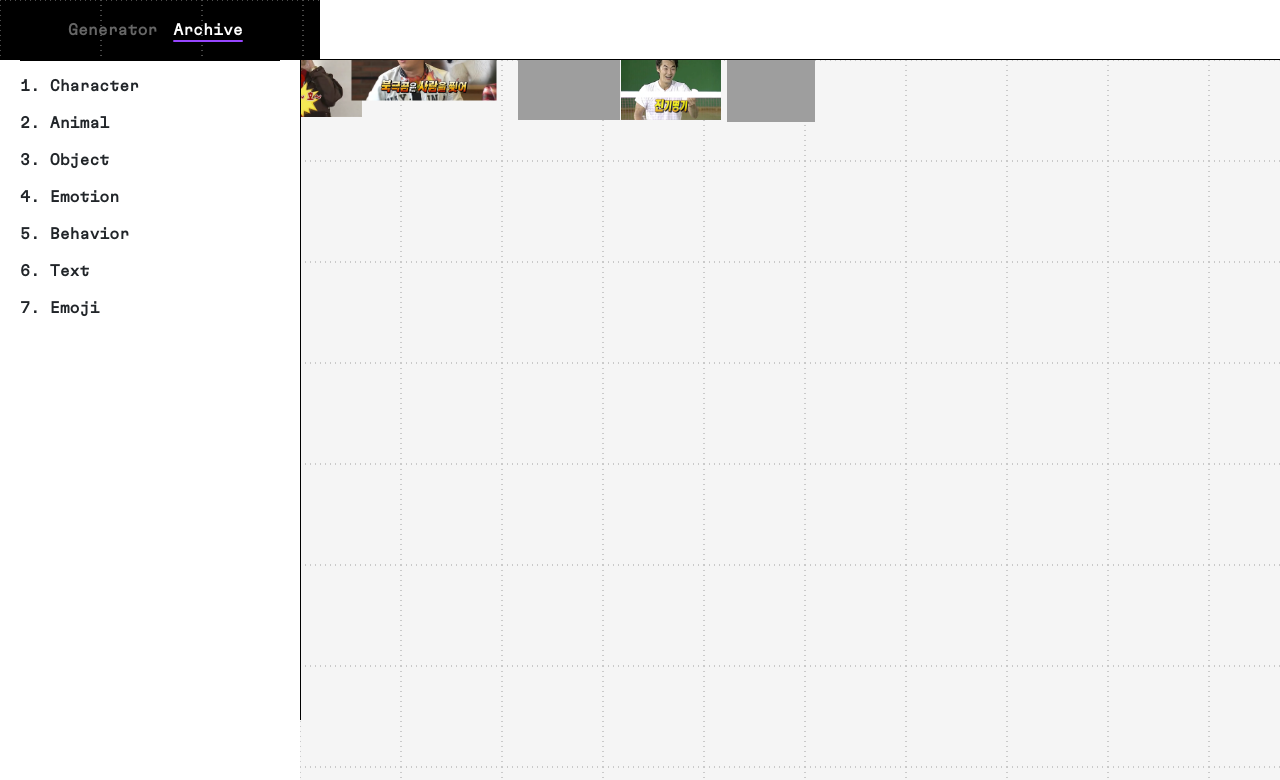
Repository: CastleBelll/project2
Page: /archive (app in job_app/)
An editor plug-in stored every save of this project. The page is shown before and after the next save, followed by the edit.
The browser window is 1280 px wide. The pictures show the whole page.
Pictures or frames that could not be fetched are drawn as grey boxes. The project was rebuilt for these pictures with package versions that can differ from the ones it lists, and the page was loaded fresh each time. Also part of the build but not shown: job_app/src/Generator/Generator.js.

Above is the page before, as saved 2024-12-15 08:40:47.

### job_app/src/App.js
import React from 'react';
import { BrowserRouter as Router, Routes, Route, Navigate, Link, useLocation } from 'react-router-dom';
import { Container, Navbar, Nav } from 'react-bootstrap';
import { BsSearch } from 'react-icons/bs'; // 검색 아이콘 가져오기
import './App.css';
import Archive from './Archive/Archive';
import Generator from './Generator/Generator';
import 'bootstrap/dist/css/bootstrap.min.css';
import './styles/fonts.css';

function Navigation() {
  const location = useLocation(); // 현재 경로를 가져오기

  return (
    <Navbar expand="lg" bg="black" data-bs-theme="dark">
        <Navbar.Collapse id="navbarNav">
          <Nav className="nav-links">
            <Nav.Item>
              <Nav.Link
                as={Link}
                to="/generator"
                className={`nav-link ${location.pathname === '/generator' ? 'active' : ''}`}
              >
                Generator
              </Nav.Link>
            </Nav.Item>
            <Nav.Item>
              <Nav.Link
                as={Link}
                to="/archive"
                className={`nav-link ${location.pathname === '/archive' ? 'active' : ''}`}
              >
                Archive
              </Nav.Link>
            </Nav.Item>
          </Nav>
        </Navbar.Collapse>
        <div className="search-icon">
          <BsSearch />
        </div>
    </Navbar>
  );
}

function App() {
  return (
    <Router>
      <div className="app-container">
        <Navigation /> {/* 네비게이션 컴포넌트 사용 */}
        <Container className="content">
          <Routes>
            {/* 기본 경로로 이동 시 /generator로 리디렉션 */}
            <Route path="/" element={<Navigate to="/generator" />} />
            <Route path="/archive" element={<Archive />} />
            <Route path="/generator" element={<Generator />} />
          </Routes>
        </Container>
      </div>
    </Router>
  );
}

export default App;

### job_app/src/App.css
/* 글로벌 스타일 */
body {
  font-family: 'CustomEnglishFont', sans-serif !important;;
  overflow: hidden;
}

/* 한글 전용 스타일 */
body:lang(ko) {
  font-family: 'CustomKoreanFont', sans-serif !important;;
}
/* 전체 앱 컨테이너 */
.app-container {
  display: flex;
  flex-direction: column;
  height: 100vh;
  max-width: 100%;
  max-height: 100%;
  overflow: hidden;
  background-color: #242424; /* 기본 배경색을 #242424로 변경 */
}

/* 네비게이션 바 */
.navbar {
  position: fixed;
  top: 0;
  left: 0;
  width: 100%;
  height: 60px;
  display: flex;
  z-index: 1000; /* 네비게이션 바가 다른 요소 위에 오도록 설정 */
  background-image: url('./background_square.png'); /* Generator 활성화 시 배경 이미지 */
  background-repeat: repeat; /* 가로 및 세로로 반복 */
  background-color: #242424; /* 기본 배경색도 유지 */}

/* Generator 활성화 시 배경 이미지 적용 */
body.generator-active .navbar {
  background-image: url('./background_square.png'); /* Generator 활성화 시 배경 이미지 */
  background-repeat: repeat; /* 가로 및 세로로 반복 */
  background-color: #242424; /* 기본 배경색도 유지 */
}

/* Archive 활성화 시 배경 이미지 제거 */
body.archive-active .navbar {
  background-image: none; /* Archive 활성화 시 배경 이미지 제거 */
  background-color: #ffffff; /* 배경색을 흰색으로 설정 */
}

/* 네비게이션 링크 스타일 */
.nav-links {
  display: flex;
  list-style: none;
  padding: 0;
  margin-left : 60px;
  justify-content: space-between; /* 링크를 양쪽 끝에 배치 */
}

.nav-links a {
  text-decoration: none;
  color: #666666; /* 기본 색상은 회색 */
  font-size : 16px !important;
  font-weight: bold;
  transition: color 0.3s ease, border-bottom 0.3s ease; /* 부드러운 색상 전환 및 밑줄 전환 */
}

.nav-links a:hover,
.nav-links .active {
  color: #ffffff !important; /* 선택 및 활성화 상태에서도 글씨 색상을 흰색으로 고정 */
  text-decoration: underline; /* 밑줄 추가 */
  text-decoration-color: #9746ff; /* 밑줄 색상 보라색으로 설정 */
  text-underline-offset: 5px; /* 밑줄과 글자 사이 간격 조정 */
  text-decoration-thickness: 2px; /* 밑줄 두께를 2px로 설정 */
  z-index: 4000; /* z-index로 navbar 아래로 위치하도록 설정 */
}

/* 콘텐츠 영역 */
.content {
  position: absolute; /* content를 absolute로 설정하여 navbar와 겹치게 함 */
  width:100%;
  height:100%;
  margin:0;
  padding:0;
  background-color: #242424; /* 콘텐츠 배경색 변경 */
}

.content.container{
  margin : 0;
  padding:0;
}

/* 검색 아이콘 스타일 */
.search-icon {
  font-size: 22px;
  margin-right: 85px;
  color: #ffffff; /* 아이콘 색상 흰색 */
  cursor: pointer;
}

@media (min-width: 768px) {
  .container,
  .container-md,
  .container-sm {
    max-width: none !important;
  }
}

/* Generator 활성화 시 배경색 */
body.generator-active .app-container,
body.generator-active .navbar,
body.generator-active .content {
  background-color: #242424; /* Generator가 활성화된 경우 배경색을 통일 */
}

/* Archive 활성화 시 흰색 테마 */
body.archive-active .app-container,
body.archive-active .navbar,
body.archive-active .content {
  background-color: #ffffff; /* 배경을 흰색으로 변경 */
}

body.archive-active .nav-links a {
  color: #333333 !important; /* 링크 색상을 어두운 회색으로 변경 */
}

body.archive-active .nav-links a:hover,
body.archive-active .nav-links .active {
  color: #000000 !important; /* 링크 색상을 검은색으로 변경 */
  text-decoration-color: #2DFF2D; /* 밑줄 색상을 검은색으로 설정 */
}

### job_app/src/Archive/Archive.js
import React, { useState, useEffect } from 'react';
import ArchiveMain from './ArchiveMain';
import ArchiveLeft from './ArchiveLeft';
import ArchiveHeader from './ArchiveHeader';
import './Archive.css';

const Archive = () => {
  const [selectedItems, setSelectedItems] = useState([]); // 선택된 하위 항목들 저장
  const [data, setData] = useState([]); // JSON 데이터를 저장할 상태

  // JSON 파일을 fetch로 불러오는 useEffect
  useEffect(() => {
    fetch('/json/images.json') // public 폴더에서 JSON 파일을 불러옴
      .then((response) => response.json())
      .then((jsonData) => setData(jsonData)) // 데이터가 로드되면 상태에 저장
      .catch((error) => console.error('Error fetching the JSON file:', error));
  }, []); // 컴포넌트가 처음 마운트될 때만 실행

  const handleSubItemClick = (item) => {
    setSelectedItems((prevSelectedItems) => {
      if (!prevSelectedItems.includes(item)) {
        return [...prevSelectedItems, item];
      }
      return prevSelectedItems.filter((selectedItem) => selectedItem !== item);
    });
  };

  return (
    <div className="archive-container">
      {/* Left sidebar */}
      <ArchiveLeft data={data} onSubItemClick={handleSubItemClick} className="left-sidebar" />

      {/* Right container */}
      <div className="right-container">
        {/* Header */}
        <ArchiveHeader selectedItems={selectedItems} className="header" />

        {/* Main content */}
        {/* Main content */}
        <div className="main-area-container" style={{ flex: 1, position: 'relative' }}>
          <ArchiveMain className="main-area" />
        </div>
        </div>
    </div>
  );
};

export default Archive;

### job_app/src/styles/fonts.css
@font-face {
    font-family: 'CustomEnglishFont';
    src: url('../fonts/GT-Flexa-Mono-Light-Trial.otf') format('opentype');
    font-weight: normal;
    font-style: normal;
  }

  @font-face {
    font-family: 'CustomKoreanFont';
    src: url('../fonts/FlightSansOTF-Regular.otf') format('opentype');
    font-weight: normal;
    font-style: normal;
  }

### job_app/src/Archive/ArchiveMain.js
import React, { useEffect, useRef } from "react";
import "./ArchiveMain.css";

const ArchiveMain = () => {
  const containerRef = useRef(null);

  useEffect(() => {
    const container = containerRef.current;
    const numImages = 5; // 배치할 이미지 개수
    const images = [];

    for (let i = 1; i <= numImages; i++) {
      const img = document.createElement("img");
      img.src = `/images/${i}.png`; // public/images 폴더 내 1.png, 2.png 등의 파일
      img.alt = `Image ${i}`;
      img.className = "archive-image";
      img.style.objectFit = "contain"; // 비율 유지

      // 랜덤 위치 지정 (부모 크기 기준)
      const randomX = Math.random() * 100; // 0% ~ 100%
      const randomY = Math.random() * 100; // 0% ~ 100%

      // 랜덤 크기 지정 (50px ~ 150px)
      const randomSize = Math.floor(Math.random() * 100) + 50;
      img.style.width = `${randomSize}px`;
      img.style.height = `${randomSize}px`;

      // 위치 설정
      img.style.top = `${randomY}%`;
      img.style.left = `${randomX}%`;

      // 중앙에서 벗어난 보정 (이미지 크기 반영)
      img.style.transform = `translate(-${randomSize / 2}px, -${randomSize / 2}px)`;

      images.push(img);
      container.appendChild(img);
    }

    return () => {
      // 컴포넌트 언마운트 시 이미지 제거
      images.forEach(img => container.removeChild(img));
    };
  }, []);

  return <div ref={containerRef} className="archive-main"></div>;
};

export default ArchiveMain;

### job_app/src/Archive/ArchiveHeader.js
import React, { useRef, useState } from 'react';
import { CSSTransition, TransitionGroup } from 'react-transition-group';
import './ArchiveHeader.css'; // CSS 파일을 import

function ArchiveHeader({ selectedItems }) {
  const containerRef = useRef(null);
  const [isDragging, setIsDragging] = useState(false);
  const [startX, setStartX] = useState(0);
  const [scrollLeft, setScrollLeft] = useState(0);

  const handleMouseDown = (e) => {
    e.preventDefault(); // 기본 드래그 동작 방지
    setIsDragging(true);
    setStartX(e.clientX);
    setScrollLeft(containerRef.current.scrollLeft);
    containerRef.current.style.cursor = 'grabbing';
  };

  const handleMouseMove = (e) => {
    if (!isDragging) return;
    const distance = e.clientX - startX;
    containerRef.current.scrollLeft = scrollLeft - distance;
  };

  const handleMouseUp = () => {
    setIsDragging(false);
    containerRef.current.style.cursor = 'grab';
  };

  return (
    <div
      className="archive-header overflow-auto" // Bootstrap 클래스 추가
      ref={containerRef}
      onMouseDown={handleMouseDown}
      onMouseMove={handleMouseMove}
      onMouseUp={handleMouseUp}
      onMouseLeave={handleMouseUp} // 마우스가 컨테이너 밖으로 나갔을 때 드래그 종료
    >
      <TransitionGroup className="selected-items-container">
        {selectedItems.map((item, index) => (
          <CSSTransition
            key={item} // 고유한 키 값
            timeout={500} // 애니메이션 지속 시간
            classNames="item"
            unmountOnExit
          >
            <div className="selected-item">
              {item}
            </div>
          </CSSTransition>
        ))}
      </TransitionGroup>
      {/* selectedItems가 비어있지 않으면 검색 버튼을 보여줌 */}
      {selectedItems.length > 0 && (
        <div className="search-button">
          검색
        </div>
      )}
    </div>
  );
}

export default ArchiveHeader;

### job_app/src/Archive/Archive.css
/* Ensures the container takes up the full height of the viewport */
.archive-container {
  display: flex;
  height: 100vh;
}

/* Left sidebar styling */
.left-sidebar {
  flex: 1; /* 왼쪽 사이드바는 1배수 */
  padding-left: 20px;
  padding-top: 84px;
  background-color: #f0f0f0; /* Light background for sidebar */
  border-right: solid 1px black; /* 테두리 색상을 명시적으로 설정 */
}

/* Right container styling */
.right-container {
  flex: 3; /* 오른쪽 컨테이너는 3배수 */
  display: flex;
  flex-direction: column; /* Stacks children vertically */
}

/* Header styling */
.header {
  height: 15%; /* Adjust height as needed */
  background-color: #333; /* Dark background for header */
  color: white;
  display: flex;
  align-items: center;
  justify-content: center;
  padding: 1rem;
  box-sizing: border-box;
}

/* Main area styling */
.main-area {
  flex: 1; /* Takes up the remaining vertical space */
  background-color: #fff; /* White background for main content */
  overflow: auto; /* Scrollable if content exceeds container height */
  padding: 1rem;
  box-sizing: border-box;
}

### job_app/src/Generator/Generator.css
.Generator {
  position: relative;
  width: 100%;
  height: 100%;
  background-color: #242424;
  overflow: hidden;
  background-image: url('../background_square.png');
  background-repeat: repeat;
}

.event-arial {
  position: absolute;
  pointer-events: none;
  top: 80px;
  width: 80%;
  left: 10%;
  max-width: 80%;  /* 기본적으로 80%로 설정 */
  min-height: 20%;
  display: flex;
  justify-content: center;
  align-items: center;
  font-size: 16px;
  color: #666666;
  border: 1px solid #666666;
  background-color: transparent;
  transition: width 0.5s ease; /* 너비 변화만 부드럽게 */
}

.event-arial.shrink {
  width: calc(100% - 45%); /* generator-arial이 30%일 때 event-arial은 나머지 70% */
}

.main-container {
  width: 100%;
  min-height: 100%;
  display: flex;
  flex-direction: row; /* 좌우로 배치 */
}

.left-container {
  flex: 1;
  min-width: 13%;
}

.right-container {
  flex: 1;
  min-width: 13%;
}

.content-container {
  flex: 1;
  min-width: 74%;
  min-height: 100%;
  display: flex;
  flex-direction: column; /* 세로 방향으로 배치 */
  overflow: hidden;
}

.generator-arial {
  position: absolute;
  top: 80px;
  right: 0;
  display: flex;
  flex-direction: column; /* 세로 방향으로 배치 */
  background-color: white;
  min-width: 40px;
  height: 60%; /* 높이를 고정 */
  transform-origin: right;
  transition: width 0.5s ease; /* 너비 변화만 부드럽게 */
}

.generator-arial.open {
  width: 28%; /* open 상태에서의 width */
  max-height: 100%;
}

.generator-arial.not-open {
  width: 40px; /* not-open 상태에서의 width */
}

.circle {
  position: absolute;
  left: -100px;
  width: 50px; /* 원 크기 */
  height: 50px;
  border-radius: 50%; /* 원형으로 만들기 */
  background-color: white; /* 흰색 배경 */
  z-index: 10; /* 다른 요소들 위에 겹치도록 설정 */
  display: none; /* 기본적으로 숨기기 */
  justify-content: center; /* 가로 중앙 정렬 */
  align-items: center; /* 세로 중앙 정렬 */
}

.circle img {
    position: absolute;
    top: 50%; /* 세로 중앙 */
    left: 50%; /* 가로 중앙 */
    transform: translate(-50%, -50%); /* 정확하게 중앙 정렬 */
}

.generator-arial.open .circle {
  display: block; /* isOpen 상태일 때 원을 보이도록 설정 */
}

/* 이미지 컨테이너 */
.image-container {
  flex: 1;
  display: flex;
  flex-wrap: wrap;
  justify-content: center; /* 중앙 정렬 */
  align-items: center;
  margin-top: 50px;
  margin-bottom: 20px;
  min-width: 100%;
  height:auto;
  opacity: 0; /* 초기 상태에서 투명하게 설정 */
  animation: fadeIn 1s forwards; /* 천천히 나타나는 애니메이션 */
}

.image-container img {
  max-width: 100%; /* 이미지 크기를 부모 크기에 맞게 자동 조정 */
  height: auto;
  object-fit: contain; /* 이미지 비율 유지하며 공간에 맞게 조정 */
  max-height: 285px; /* 이미지 크기를 더 작게 제한 */
  min-height: 285px;
  margin: 5px;
  animation: fadeIn 1.5s forwards; /* 이미지보다 조금 더 긴 시간에 천천히 나타나게 */
}

/* 텍스트 컨테이너 */
.text-container {
  flex: 1;
  display: flex;
  flex-direction: column; /* 세로로 배치 */
  padding: 10px;
  overflow-y: auto;
  opacity: 0; /* 초기 상태에서 투명하게 설정 */
  animation: fadeIn 1.5s forwards; /* 이미지보다 조금 더 긴 시간에 천천히 나타나게 */
}

/* 각 텍스트 항목 */
.text-item {
  margin-bottom: 30px; /* 항목 간 간격 */
  opacity: 0; /* 초기 상태에서 투명하게 설정 */
  overflow: hidden;
  max-height: 100%;
  animation: fadeInItem 2s forwards; /* 항목이 하나씩 천천히 나타나도록 설정 */
  animation-delay: 0.5s; /* 약간의 지연을 주어 항목들이 순차적으로 나타나게 */
}

.title-container,
.category-container {
  text-align: center; /* 텍스트 가운데 정렬 */
  padding: 0;
  overflow: hidden;
}

.title-container {
  flex: 1;
  margin-bottom: 10px;
}

.category-container {
  flex: 1;
  display: flex;
  justify-content: center; /* 항목들을 수평 중앙 정렬 */
  gap: 10px; /* 항목 간 간격 */
  overflow: hidden;
  max-height: 100%;
  flex-wrap: wrap; /* 필요시 줄 바꿈 */
}

.title {
  font-size: 28px;
  font-weight: bold;
  margin-bottom: 5px;
}

.category-item {
  font-size: 16px;
  background-color: #f5f5f5;
  border-radius: 30px;
  padding: 4px 8px;
}

/* 애니메이션 정의 */
@keyframes fadeIn {
  to {
    opacity: 1; /* 최종적으로 불투명하게 */
  }
}

@keyframes fadeInItem {
  to {
    opacity: 1; /* 항목도 최종적으로 불투명하게 */
  }
}

### job_app/src/Archive/ArchiveMain.css
.archive-main {
  position: relative;
  width: 100%;
  height: 100vh; /* 화면 전체 높이 */
  background-color: #f5f5f5; /* 배경색 */
  background-image: url('../background_square2.png'); /* Generator 활성화 시 배경 이미지 */
  background-repeat: repeat; /* 가로 및 세로로 반복 */
  overflow: hidden; /* 넘치는 이미지는 숨김 */
}

/* 이미지 천천히 나타나는 효과 */
@keyframes fadeIn {
  from {
    opacity: 0;
  }
  to {
    opacity: 1;
  }
}

### job_app/src/Archive/ArchiveLeft.css
/* 전체 컨테이너 */
.sidebar-container {
  height: 100%;
  width: 5%;
  min-width: 300px;
  background-color: #ffffff;
  position: relative;
}

/* 가상 요소로 오른쪽 선 추가 */
.sidebar-container::after {
  content: '';
  position: absolute;
  top: 0;
  right: 0;
  bottom: 0;
  left: 300px;
  border-right: solid 1px black;
  z-index: 2000;
}

.sidebar-top {
  width: 100%;
  height: 60px;
}

.sidebar-bottom {
  width: 100%;
  position: relative;
  padding: 14px 20px;
  z-index: 1000;
}

.sidebar-bottom::after {
  content: '';
  position: absolute;
  top: 0;
  left: 20px;
  right: 20px;
  border-top: 1px solid black;
}

/* 섹션 제목 */
.section-title {
  cursor: pointer;
  font-weight: bold;
  margin-bottom: 13px;
  transition: color 0.3s ease;
}

/* 하위 리스트 */
.sublist {
  display: flex;
  flex-wrap: wrap;
  gap: 6px;
  margin: 10px 15px;
  overflow: hidden;
  max-height: 0; /* 초기 높이 설정 */
  opacity: 0; /* 초기 상태에서 투명 */
  box-sizing: border-box; /* border 포함하여 크기 변경 방지 */
  transition: max-height 1.2s cubic-bezier(0.5, 0.1, 0.25, 1), opacity 1.3s ease-out; /* 높이와 불투명도 애니메이션 */
}
/* 하위 리스트가 열릴 때 */
.sublist.open {
  max-height: 500px; /* 최대 높이 설정, 필요에 따라 더 큰 값으로 설정 */
  opacity: 1; /* 불투명도 */
  transition: max-height 0.6s cubic-bezier(0.5, 0.1, 0.25, 1), opacity 0.6s ease-out; /* 애니메이션 타이밍을 일치시킴 */
}

/* 하위 리스트가 닫힐 때 */
.sublist:not(.open) {
  max-height: 0; /* 닫힐 때 높이 0 */
  opacity: 0; /* 사라지는 상태 */
  transition: max-height 0.6s cubic-bezier(0.5, 0.1, 0.25, 1) 0.3s, opacity 0.6s ease-out 0.3s;
}

/* 개별 항목 */
.subitem {
  cursor: pointer;
  padding: 4px 7px;
  margin: 1px;
  border-radius: 50px;
  text-align: center;
  white-space: nowrap;
  transition: all 0.1s ease;
  display: inline-block;
  min-width: 40px;
  font-size: 16px;
  box-sizing: border-box; /* border 포함하여 크기 변경 방지 */
}

.subitem.selected {
  background-color: #2DFF2D;
  font-weight: bold;
  transition : ease-out 0.3s;
}

.subitem:hover {
  box-sizing: border-box; /* border 포함하여 크기 변경 방지 */
  border-radius: 50px;
  outline: 1px solid #2DFF2D;
}

/* 반응형 디자인 */
.subitem {
  display: inline-block;
  box-sizing: border-box;
}

### job_app/src/Archive/ArchiveHeader.css
.archive-header {
    height: 60px;
    display: flex;
    align-items: center;
    margin-left: 20px;
    min-height: 60px; /* 최소 높이를 60px로 설정 */
    background-color: #ffffff; /* 배경색을 추가 */
    border-bottom: 1px solid #000000; /* 하단 경계선 */
    overflow-x: hidden; /* 가로 스크롤 활성화 */
    white-space: nowrap; /* 아이템들이 한 줄에 있도록 설정 */
    z-index: 2000;
  }

  /* 기존의 selected-items-container 스타일 유지 */
  .selected-items-container {
    display: flex;
    flex-wrap: nowrap;
    gap: 5px; /* 아이템 사이의 간격 */
    overflow-x: auto; /* 아이템이 넘칠 경우 스크롤 */
  }

  /* 기존의 selected-item 스타일 유지 */
  .selected-item {
    padding: 4px 6px;
    background-color: #2DFF2D; /* 선택된 아이템의 배경색 */
    border-radius: 50px;
    font-weight: bold; /* 글자 굵게 설정 */
    min-width: 40px;
    text-align: center;
    font-size: 16px;
    white-space: nowrap; /* 텍스트 줄바꿈 방지 */
    transition: transform 0.5s ease, opacity 0.5s ease;
  }

  .search-button {
    padding: 4px 6px;
    margin-left: 5px;
    background-color: #000000; /* 선택된 아이템의 배경색 */
    color: white;
    border-radius: 60px;
    font-weight: bold; /* 글자 굵게 설정 */
    min-width: 45px;
    text-align: center;
    font-size: 16px;
    transition: transform 0.5s ease, opacity 0.5s ease;
  }

/* Enter 애니메이션 */
.item-enter {
    opacity: 0;
    transform: scale(1);
    transition: opacity 0.5s ease, transform 0.5s ease;
  }
  .item-enter-active {
    opacity: 1;
    transform: scale(1);
    transition: opacity 0.5s ease, transform 0.5s ease;
  }

  /* Exit 애니메이션 */
  .item-exit {
    opacity: 1;
    transform: scale(1);
  }
  .item-exit-active {
    opacity: 0;
    transform: scale(0.9);
    transition: opacity 0.5s ease, transform 0.5s ease;
  }

Loaded but not shown: job_app/public/index.html (common file); job_app/src/index.js (common file); job_app/src/index.css (common file); job_app/src/reportWebVitals.js (common file); job_app/public/json/images.json (72 lines, source omitted); job_app/src/Archive/ArchiveLeft.js (92 lines, source omitted)

After the next save:
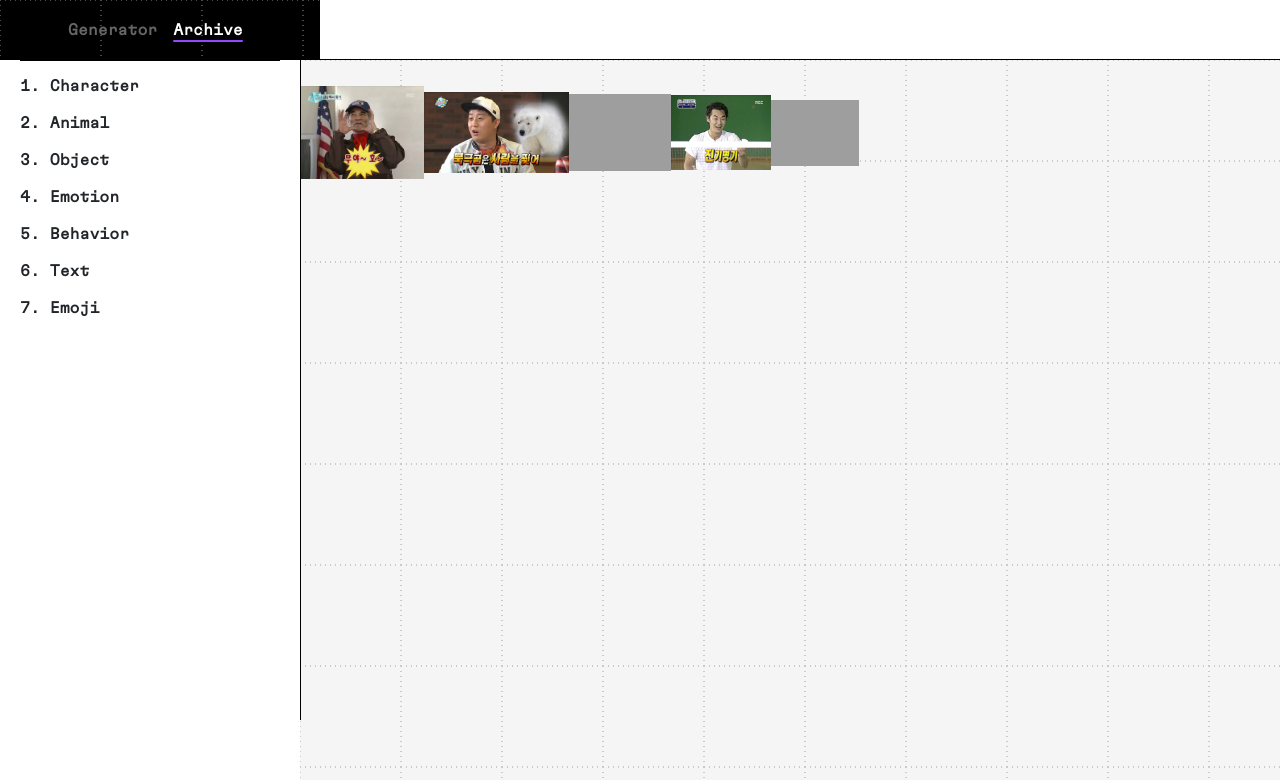
Saved 63 s later.
--- a/job_app/src/Archive/ArchiveMain.js
+++ b/job_app/src/Archive/ArchiveMain.js
@@ -30,7 +30,7 @@
       img.style.left = `${randomX}%`;
 
       // 중앙에서 벗어난 보정 (이미지 크기 반영)
-      img.style.transform = `translate(-${randomSize / 2}px, -${randomSize / 2}px)`;
+      //img.style.transform = `translate(-${randomSize / 2}px, -${randomSize / 2}px)`;
 
       images.push(img);
       container.appendChild(img);

After the save that followed:
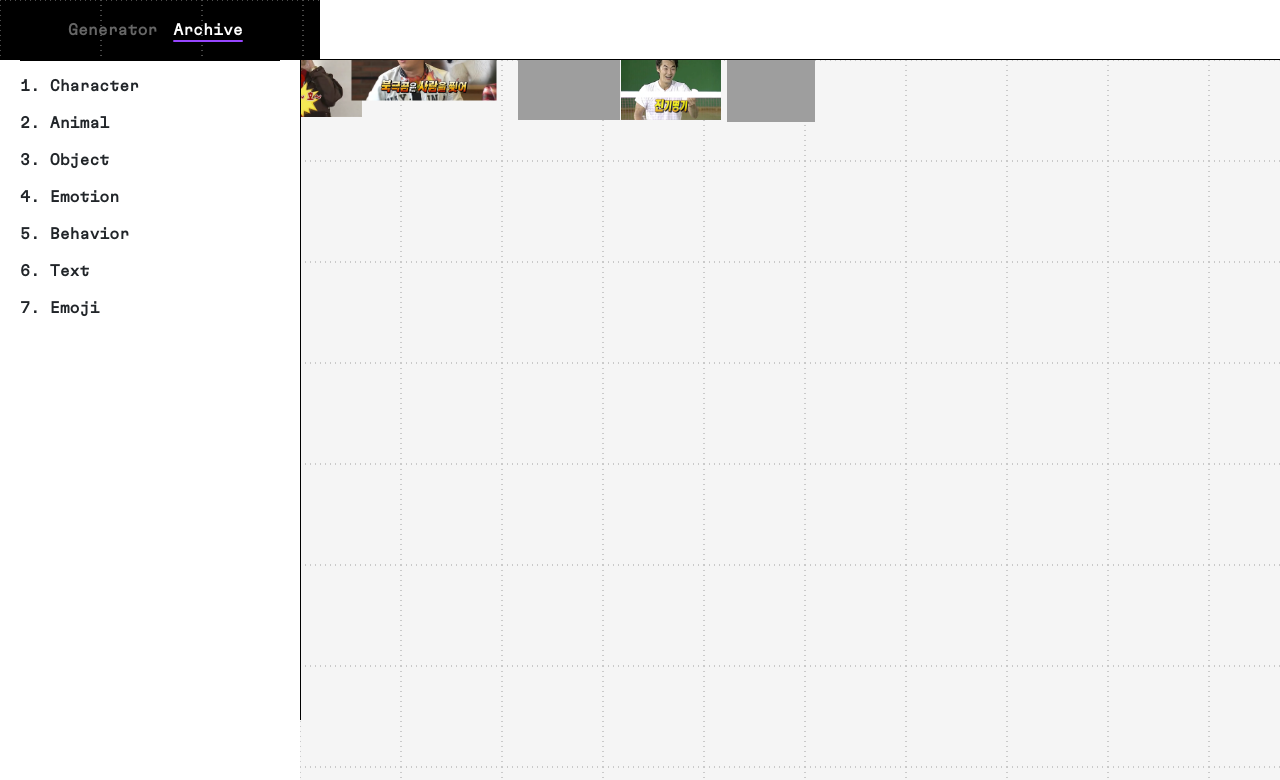
Saved 31 s later.
--- a/job_app/src/Archive/ArchiveMain.js
+++ b/job_app/src/Archive/ArchiveMain.js
@@ -30,7 +30,7 @@
       img.style.left = `${randomX}%`;
 
       // 중앙에서 벗어난 보정 (이미지 크기 반영)
-      //img.style.transform = `translate(-${randomSize / 2}px, -${randomSize / 2}px)`;
+      img.style.transform = `translate(-${randomSize / 2}px, -${randomSize / 2}px)`;
 
       images.push(img);
       container.appendChild(img);
